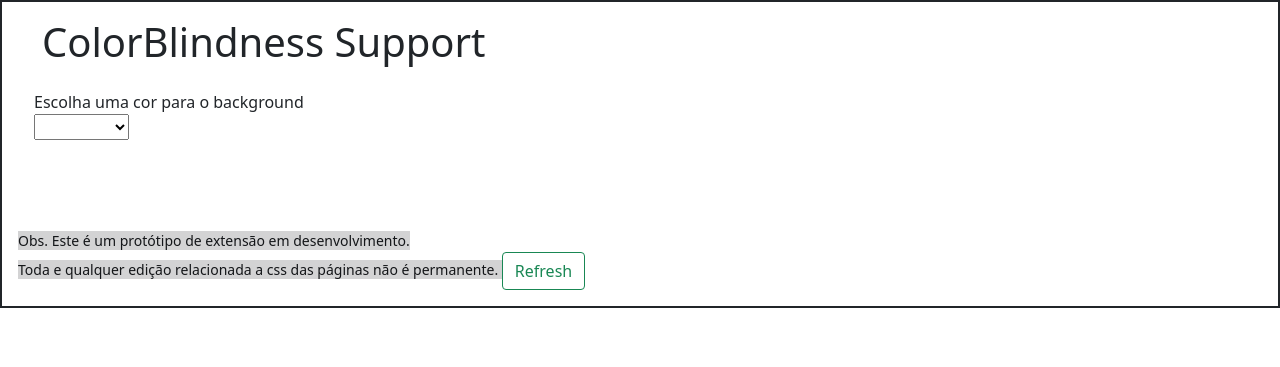
Repository: pedrosiqueira/daltonchrome
Page: popup.html
These files come from the project's save history. The page is drawn as it stood at one moment and after the next save; the edit follows.
The browser window is 1280 px wide. The pictures show the whole page.

Above is the page before, as saved 2022-06-17 13:21:17.

### popup.html
<!DOCTYPE html>
<html>

<head>
    <meta charset="utf-8" />
    <link href="css/vendor/bootstrap.min.css" rel="stylesheet" crossorigin="anonymous">
    <link rel="stylesheet" type="text/css" href="css/popup.css" />
</head>

<body class="p-3 flex border border-dark border-2 ">

    <div class="container flex row">

        <h1 class="form-title"> ColorBlindness Support </h1>
        <!--  <div class="form-check form-switch col">
            <input class="form-check-input" type="checkbox" id="flexSwitchCheckChecked">
            <label class="form-check-label" for="flexSwitchCheckChecked" id="MeuSwitch">Ativar extensão</label>
        </div>
        <button id="meubotao" type="button" class="btn row w-10 h-15 btn-dark">
            Clique-me
        </button> -->
    </div>

    <div class="p-3">
        <label for="cores">Escolha uma cor para o background</label>
        <br>
        <select name="cores" id="cores">
            <option value="#"> </option>
            <option value="red">Vermelho</option>
            <option value="green">Verde</option>
            <option value="blue">Azul</option>
        </select>
    </div>
    <br> <br><br>
    <alert id="alert" class="alert-dark form-text">Obs. Este é um protótipo de extensão em desenvolvimento.<br>
    Toda e qualquer edição relacionada a css das páginas não é permanente.
    </alert>
    <button id="refresh" class="btn btn-outline-success"type="button">
    Refresh
    </button>

    <script src="js/vendor/jquery-3.6.0.min.js"></script>
    <script src="js/vendor/bootstrap.bundle.min.js"></script>
    <script src="js/popup.js"></script>
</body>

</html>

### css/popup.css
body {
    min-width:600px;
    min-height:300px;
}

#table-wrapper {
    position:relative;
    white-space: nowrap;
}
#table-scroll {
    overflow:auto;
    margin-top:20px;
}
#table-wrapper table {
    width:100%;

}

#table-wrapper table thead th .text {
    position:absolute;
    top:-20px;
    z-index:2;
    height:20px;
    width:35%;
    border:1px solid red;
}

#table-wrapper table tbody td{
    border: 1px solid black;
}

### js/popup.js
start()

function start() {
    $("#meubotao").click(umafuncao)
}

function ativar(){
    $("#MeuSwitch")
}


async function umafuncao() {

    // obtém a aba atual
    [currentTab] = await chrome.tabs.query({ active: true, currentWindow: true });

    // envia mensagem para a aba atual
    chrome.tabs.sendMessage(currentTab.id, { nome: "Carol", curso: "TADS", orientador: "pedro" }, callback);


}

// funcao que recebe a resposta da mensagem que foi enviada para alguma aba
function callback(response) {
    console.log("ufa, a mensagem conseguiu chegar!")
    console.log(response)
}

Loaded but not shown: css/vendor/bootstrap.min.css (library); js/vendor/jquery-3.6.0.min.js (library); js/vendor/bootstrap.bundle.min.js (library)

After the next save:
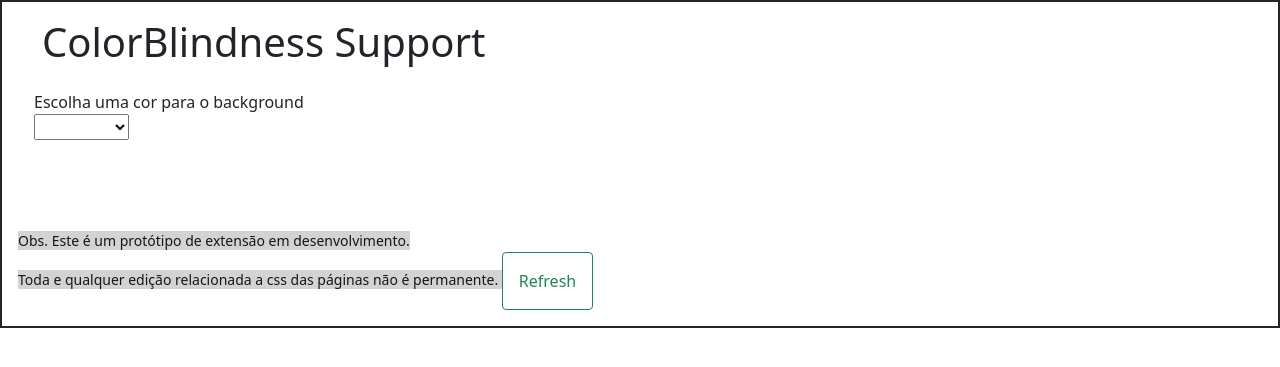
Saved 20 s later.
--- a/popup.html
+++ b/popup.html
@@ -35,7 +35,7 @@
     <alert id="alert" class="alert-dark form-text">Obs. Este é um protótipo de extensão em desenvolvimento.<br>
     Toda e qualquer edição relacionada a css das páginas não é permanente.
     </alert>
-    <button id="refresh" class="btn btn-outline-success"type="button">
+    <button id="refresh" class="btn p-3 btn-outline-success"type="button">
     Refresh
     </button>
 

After the save that followed:
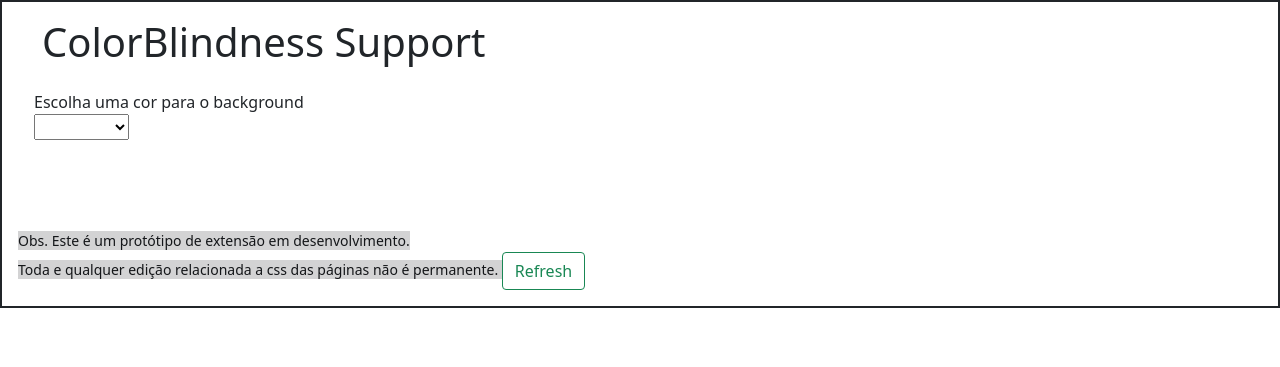
Saved 8 s later.
--- a/popup.html
+++ b/popup.html
@@ -35,7 +35,7 @@
     <alert id="alert" class="alert-dark form-text">Obs. Este é um protótipo de extensão em desenvolvimento.<br>
     Toda e qualquer edição relacionada a css das páginas não é permanente.
     </alert>
-    <button id="refresh" class="btn p-3 btn-outline-success"type="button">
+    <button id="refresh" class="btn btn-outline-success"type="button">
     Refresh
     </button>
 
